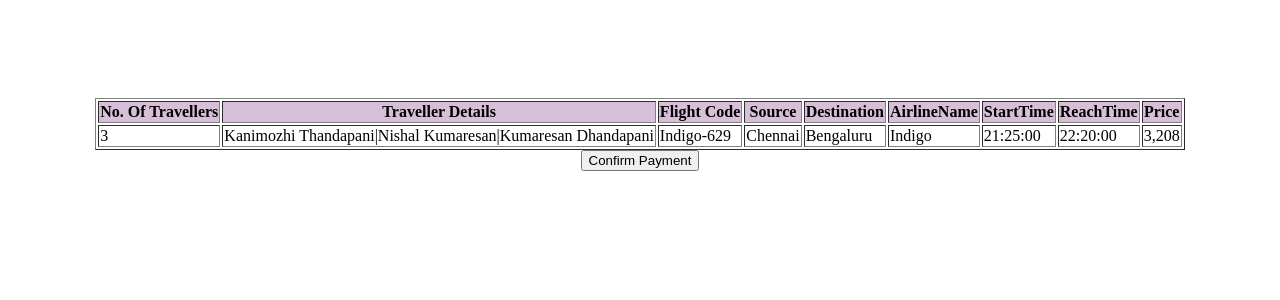
Repository: KanimozhiThandapani/Phase2AirlineBookingProject
Page: http://localhost/AirlineBooking/bookedFlights.jsp
These files come from the project's save history. The page is drawn as it stood at one moment and after the next save; the edit follows.
The browser window is 1280 px wide. The pictures show the whole page.
The page is served by Tomcat 9. Other server files are loaded and not shown.

Above is the page before, as saved 2022-04-26 07:55:35.

### AirlineBooking/WebContent/bookedFlights.jsp
<%@ page language="java" contentType="text/html; charset=ISO-8859-1"
    pageEncoding="ISO-8859-1"%>
<!DOCTYPE html>
<html>
<head>
<meta charset="ISO-8859-1">
<title>The Booked Flight Details:</title>
</head>
<body>

<div align="center">
		<form action="paymentPage" method="get">

   <br> <br> <br> <br> <br>
   <table align="center" border="1">
   <tr bgcolor="thistle" >
          <th><b>No. Of Travellers</b></th>
          <th><b>Traveller Details</b></th>
          <th><b>Flight Code</b></th>
          <th><b>Source</b></th>
          <th><b>Destination</b></th>
          <th><b>AirlineName</b></th>
          <th><b>StartTime</b></th>
          <th><b>ReachTime</b></th>
          <th><b>Price</b></th>
    </tr>

   <tr>
                    <td>3</td>
                    <td>Kanimozhi Thandapani|Nishal Kumaresan|Kumaresan Dhandapani</td>
                    <td>Indigo-629</td>
					<td>Chennai</td>
					<td>Bengaluru</td>
					<td>Indigo</td>
					<td>21:25:00</td>
					<td>22:20:00</td>
					<td>3,208</td>
	</tr>

	</table>
					<input type="submit" value="Confirm Payment">


   </form>
   </div>
</body>
</html>

After the next save:
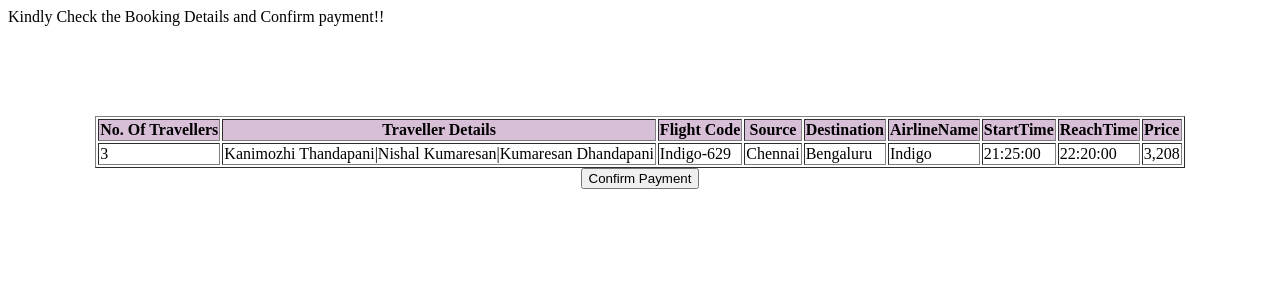
Saved 66 s later.
--- a/AirlineBooking/WebContent/bookedFlights.jsp
+++ b/AirlineBooking/WebContent/bookedFlights.jsp
@@ -7,7 +7,7 @@
 <title>The Booked Flight Details:</title>
 </head>
 <body>
-
+<h> Kindly Check the Booking Details and Confirm payment!!</h>
 <div align="center">
 		<form action="paymentPage" method="get">
 
